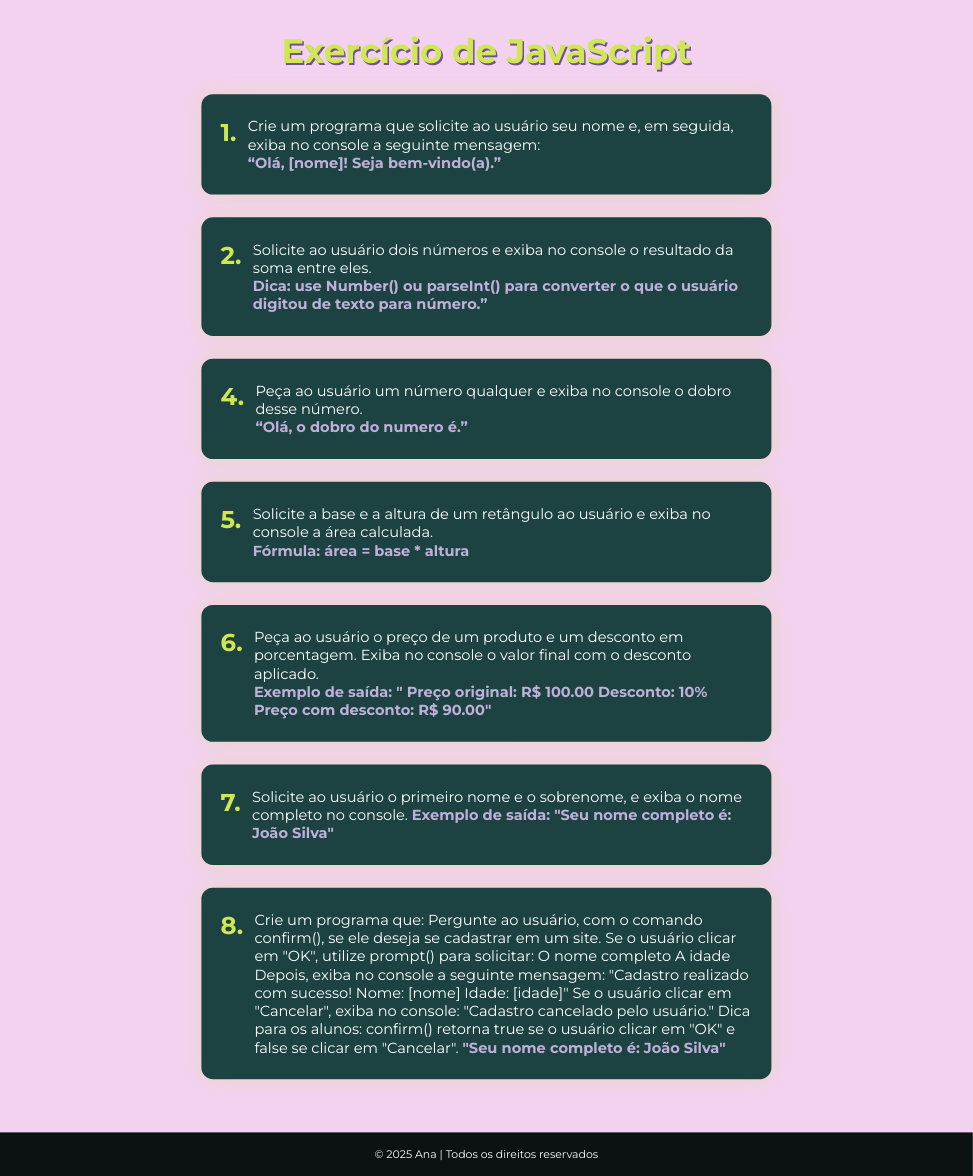
Repository: Anajaraa/atividadeJS
Page: index.html
An editor plug-in stored every save of this project. The page is shown before and after the next save, followed by the edit.
The browser window is 1280 px wide. The pictures show the whole page, at 76% of full size.
Some web fonts or font styles are not loaded; a fallback is used.

Above is the page before, as saved 2025-08-05 12:20:04.

### index.html
<!DOCTYPE html>
<html lang="pt-br">
<head>
  <meta charset="UTF-8" />
  <meta name="viewport" content="width=device-width, initial-scale=1.0" />
  <title>Exercícios de JavaScript</title>
  <link rel="stylesheet" href="style.css" />
</head>
<body>
    <main class="container">
    <h1>Exercício de JavaScript</h1>
    <section class="card">
      <p class="numero">1.</p>
      <p class="descricao">
        Crie um programa que solicite ao usuário seu nome e, em seguida, exiba no console a seguinte mensagem: <br>
        <strong>“Olá, [nome]! Seja bem-vindo(a).”</strong>
      </p>
    </section>
    <section class="card">
      <p class="numero">2.</p>
      <p class="descricao">
        Solicite ao usuário dois números e exiba no console o resultado da soma entre eles.
  <br>
        <strong>Dica: use Number() ou parseInt() para converter o que o usuário digitou de texto para número.”</strong>
      </p>
    </section>

     <section class="card">
      <p class="numero">4.</p>
      <p class="descricao">
        Peça ao usuário um número qualquer e exiba no console o dobro desse número.
  <br>
        <strong>“Olá, o dobro do numero é.”</strong>
      </p>
    </section>

     <section class="card">
      <p class="numero">5.</p>
      <p class="descricao">
        Solicite a base e a altura de um retângulo ao usuário e exiba no console a área calculada.
  <br>
        <strong>Fórmula: área = base * altura</strong>
      </p>
    </section>

     <section class="card">
      <p class="numero">6.</p>
      <p class="descricao">
        Peça ao usuário o preço de um produto e um desconto em porcentagem. Exiba no console o valor final com o desconto aplicado.
  <br>
        <strong>Exemplo de saída:
" Preço original: R$ 100.00
  Desconto: 10%
  Preço com desconto: R$ 90.00"</strong>
      </p>
    </section>

    <section class="card">
      <p class="numero">7.</p>
      <p class="descricao">
        Solicite ao usuário o primeiro nome e o sobrenome, e exiba o nome completo no console.
        <strong>Exemplo de saída:
"Seu nome completo é: João Silva"</strong>
      </p>
    </section>

    <section class="card">
      <p class="numero">8.</p>
      <p class="descricao">
        Crie um programa que:

Pergunte ao usuário, com o comando confirm(), se ele deseja se cadastrar em um site.

Se o usuário clicar em "OK", utilize prompt() para solicitar:

O nome completo

A idade

Depois, exiba no console a seguinte mensagem:
"Cadastro realizado com sucesso!
  Nome: [nome]
  Idade: [idade]"

Se o usuário clicar em "Cancelar", exiba no console:
   "Cadastro cancelado pelo usuário."

Dica para os alunos:

confirm() retorna true se o usuário clicar em "OK" e false se clicar em "Cancelar".
<strong>"Seu nome completo é: João Silva"</strong>
      </p>
    </section>

  </main>

  <footer>
    © 2025 Ana | Todos os direitos reservados
  </footer>
</body>
<script src="script.js"></script>
</html>

### style.css

@import url('https://fonts.googleapis.com/css2?family=Montserrat:ital,wght@0,100..900;1,100..900&family=Sofia&display=swap');
/* Reset básico */
/* Reset */
* {
  margin: 0;
  padding: 0;
  box-sizing: border-box;
}

body {
  font-family: "Montserrat", sans-serif;
  background-color: #f3d2f0;
  color: #ffffff;
  display: flex;
  flex-direction: column;
  min-height: 100vh;
}

.container {
  flex: 1;
  display: flex;
  flex-direction: column;
  align-items: center;
  justify-content: center;
  padding: 40px 20px;
  text-align: center;
}

h1 {
  font-size: 2.8rem;
  margin-bottom: 30px;
  color: #d1e751;
  text-shadow: 2px 2px #6d51a0;
}

.card {
  background-color: #1d4242;
  padding: 30px 25px;
  border-radius: 15px;
  max-width: 750px;
  width: 90%;
  box-shadow: 0 0 25px rgba(209, 231, 81, 0.3);
  display: flex;
  gap: 15px;
  align-items: flex-start;
  margin-bottom: 30px; /* <<< AQUI ESTÁ A MÁGICA */
}

.numero {
  font-size: 2rem;
  color: #d1e751;
  font-weight: bold;
}

.descricao {
  font-size: 1.2rem;
  color: #ffffff;
  text-align: left;
}

.descricao strong {
  color: #bfb0da;
  font-weight: bold;
}

footer {
  text-align: center;
  padding: 20px;
  font-size: 0.9rem;
  background-color: #0c1111;
  color: #ffffff;
}

### script.js


//RESPOSTA Exercício 1
//const nome = prompt("Digite seu nome:");
//alert(`Olá, ${nome}! Seja bem-vindo(a).`);

//RESPOSTA Exercício 2
//const num1 = prompt("Digite um número:");
//const num2 = prompt("Digite outro número:");
//const soma = parseInt(num1) + parseInte(num2);
//alert(`A soma dos números é: ${soma}`);

//RESPOSTA Exercício 4
//onst num = prompt("Digite um número:");
//const doub = parseInt(num) * 2;
//alert(`O dobro do número é: ${doub}`);


//RESPOSTA Exercício 5

//const base =  prompt("Digite a base:");
//const altura = prompt("Digite a altura:");
//const area = parseFloat(base) * parseFloat(altura);
//console.log(`A área do retângulo é: ${area}`);

//RESPOSTA Exercício 6
// const preco = prompt("Digite o preço do produto:");
// const desconto = prompt("Digite o desconto em porcentagem:");
// const precoDesconto = parseFloat(preco) - (parseFloat(preco) * parseFloat(desconto) / 100);
// console.log(`O preço com desconto é: ${precoDesconto}`);

//RESPOSTA Exercício 7
// const nome = prompt("Digite seu nome:");
// const sobrenome = prompt("Digite seu sobrenome:");
// console.log(`Seu nome completo é: ${nome} ${sobrenome}`);

After the next save:
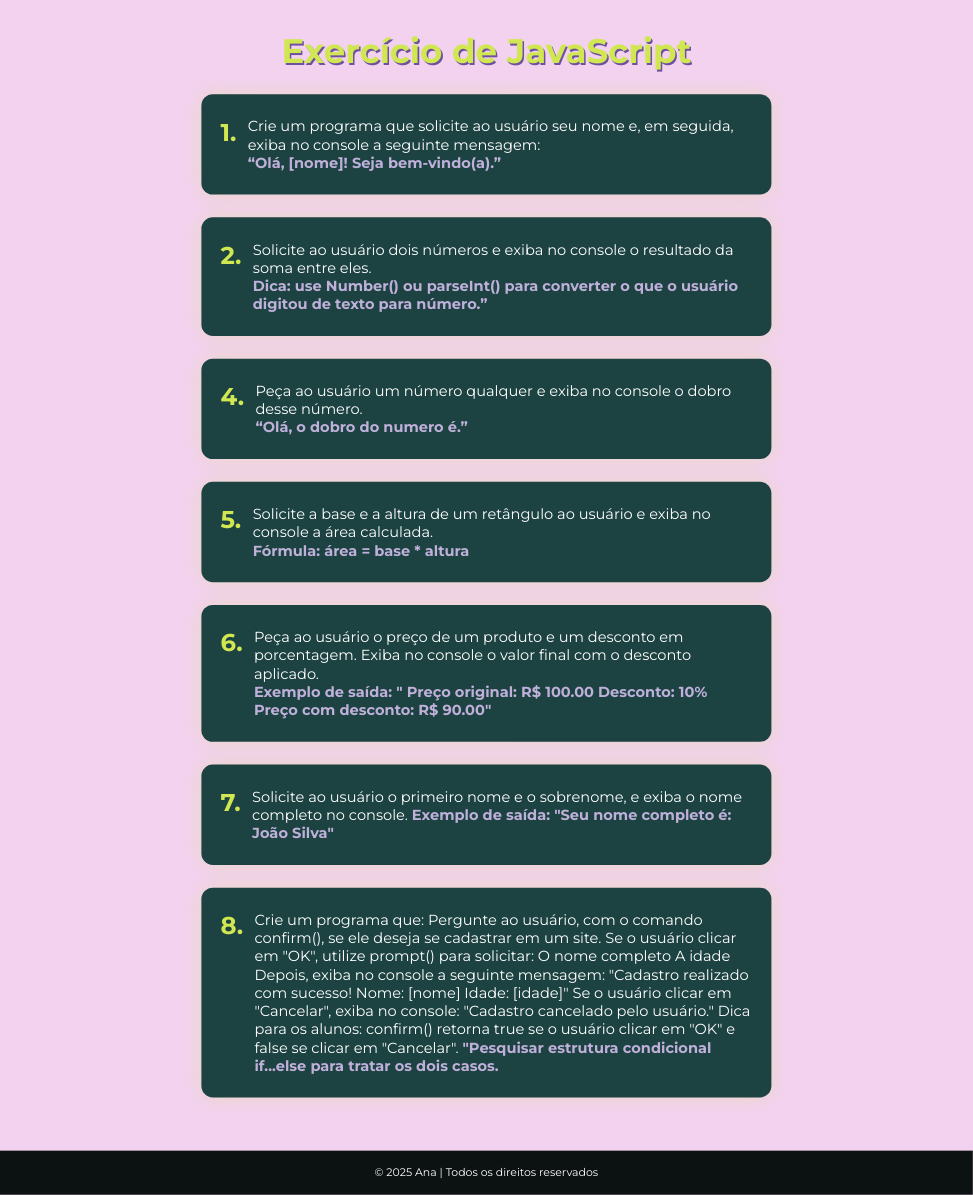
Saved 12 s later.
--- a/index.html
+++ b/index.html
@@ -88,7 +88,7 @@ Se o usuário clicar em "Cancelar", exiba no console:
 Dica para os alunos:
 
 confirm() retorna true se o usuário clicar em "OK" e false se clicar em "Cancelar".
-<strong>"Seu nome completo é: João Silva"</strong>
+<strong>"Pesquisar estrutura condicional if...else para tratar os dois casos.</strong>
       </p>
     </section>
 
